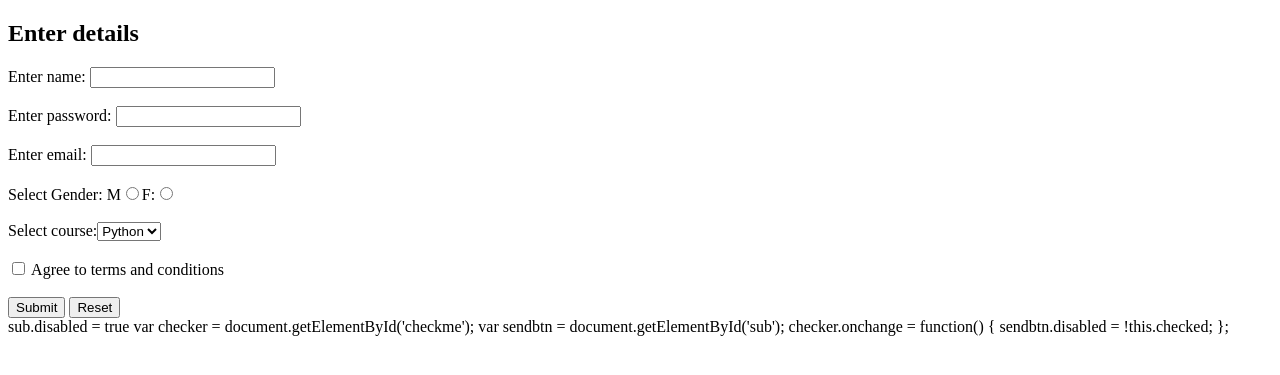
Repository: sagnik938/JSP-JSTL-and-Hibernate
Page: FormAssgn/src/main/webapp/index.html
An editor plug-in stored every save of this project. The page is shown before and after the next save, followed by the edit.
The browser window is 1280 px wide. The pictures show the whole page.

Above is the page before, as saved 2023-02-07 10:21:54.

### FormAssgn/src/main/webapp/index.html
<!DOCTYPE html>
<html>
<head>
<meta charset="ISO-8859-1">
<title>Form Assignment</title>
</head>
<body>
<h2>Enter details</h2>
<form action="registration" method = "post">
Enter name: <input type = "text" name = "name">
<br>
<br>
Enter password: <input type = "password" name = "password">
<br>
<br>
Enter email: <input type = "email" name = "email">
<br>
<br>
Select Gender: M<input type = "radio" name ="gender">F:<input type = "radio" name ="gender">
<br>
<br>
Select course:<select name="courses">
  <option value="Python">Python</option>
  <option value="Java">Java</option>
  <option value="CPP">CPP</option>
  <option value="PHP">PHP</option>
</select>
<br>
<br>
<input type="checkbox" id = "checkme" name="chck1"> Agree to terms and conditions
<br>
<br>
<input type="submit" id ="sub">
<input type="reset">
</form>
<!script>
    sub.disabled = true
	var checker = document.getElementById('checkme');
	var sendbtn = document.getElementById('sub');
	checker.onchange = function() {
 	sendbtn.disabled = !this.checked;
	};
<!/script>
</body>
</html>

After the next save:
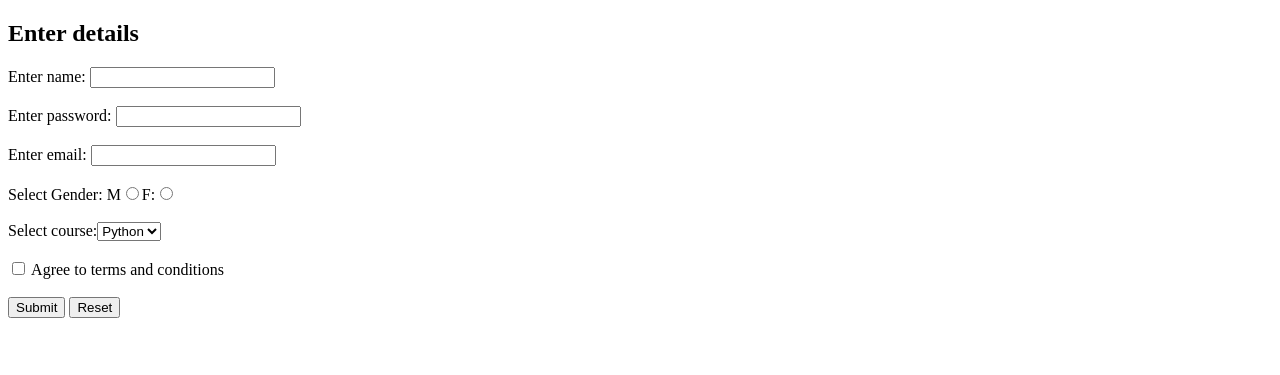
Saved 55 s later.
--- a/FormAssgn/src/main/webapp/index.html
+++ b/FormAssgn/src/main/webapp/index.html
@@ -33,13 +33,5 @@ Select course:<select name="courses">
 <input type="submit" id ="sub">
 <input type="reset">
 </form>
-<!script>
-    sub.disabled = true
-	var checker = document.getElementById('checkme');
-	var sendbtn = document.getElementById('sub');
-	checker.onchange = function() {
- 	sendbtn.disabled = !this.checked;
-	};
-<!/script>
 </body>
 </html>
